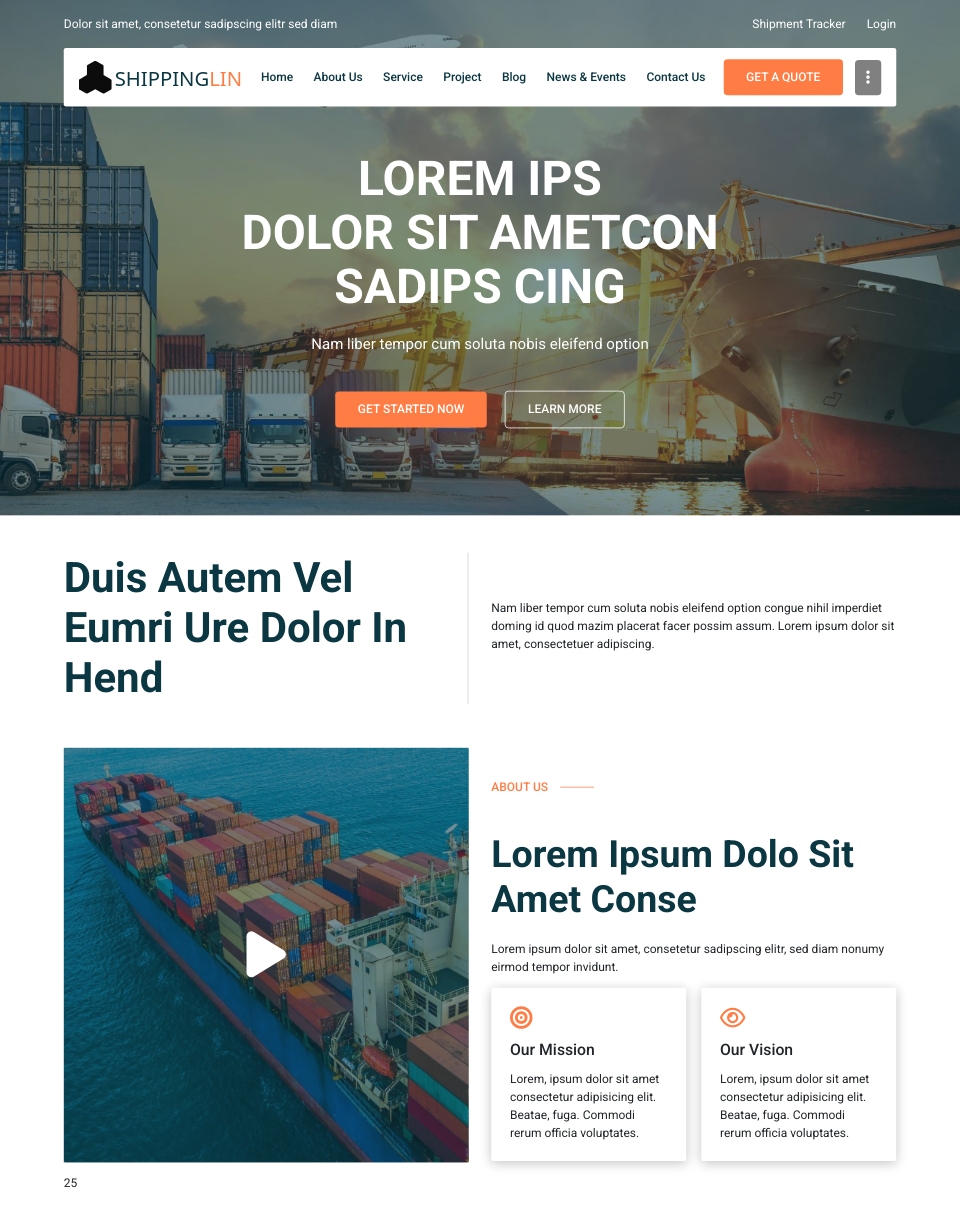
Repository: nazmulalok/shipping-template
Page: index.html
The author's editor kept a copy of each file at every save. The page is drawn from the files as they stood at one save, then again after the next save.
The browser window is 1280 px wide. The pictures show the whole page, at 75% of full size.
Some web libraries are served in a nearby version.

Above is the page before, as saved 2022-10-08 11:21:17.

### index.html
<!DOCTYPE html>
<html lang="en">

    <head>
        <meta charset="UTF-8">
        <meta http-equiv="X-UA-Compatible" content="IE=edge">
        <meta name="viewport" content="width=device-width, initial-scale=1.0">
        <link rel="preconnect" href="https://fonts.googleapis.com">
        <link rel="preconnect" href="https://fonts.gstatic.com" crossorigin>
        <link
            href="https://fonts.googleapis.com/css2?family=Roboto:ital,wght@0,300;0,400;0,500;0,700;0,900;1,300;1,400;1,500;1,700;1,900&display=swap"
            rel="stylesheet">
        <link rel="stylesheet" href="https://cdnjs.cloudflare.com/ajax/libs/font-awesome/6.2.0/css/all.min.css"
            integrity="sha512-xh6O/CkQoPOWDdYTDqeRdPCVd1SpvCA9XXcUnZS2FmJNp1coAFzvtCN9BmamE+4aHK8yyUHUSCcJHgXloTyT2A=="
            crossorigin="anonymous" referrerpolicy="no-referrer" />
        <link rel="stylesheet" href="https://cdn.jsdelivr.net/npm/bootstrap@4.0.0/dist/css/bootstrap.min.css"
            integrity="sha384-Gn5384xqQ1aoWXA+058RXPxPg6fy4IWvTNh0E263XmFcJlSAwiGgFAW/dAiS6JXm" crossorigin="anonymous">
        <link rel="stylesheet" href="style.css">
        <title>Document</title>
    </head>

    <body>
        <header class="header-top">
            <div class="container">
                <div class="top-bar">
                    <p class="m-0">Dolor sit amet, consetetur sadipscing elitr sed diam</p>
                    <div>
                        <span class="mr-4">Shipment Tracker</span>
                        <span>Login</span>
                    </div>
                </div>
                <div class="header-area">
                    <div class="logo">
                        <img src="images/box.svg" alt="Logo Box" class="me-2">
                        <img src="images/shipping-logo.svg" alt="Shipping Logo">
                    </div>
                    <nav>
                        <ul>
                            <li><a href="#">Home</a></li>
                            <li><a href="#">About Us</a></li>
                            <li><a href="#">Service</a></li>
                            <li><a href="#">Project</a></li>
                            <li><a href="#">Blog</a></li>
                            <li><a href="#">News & Events</a></li>
                            <li><a href="#">Contact Us</a></li>
                        </ul>
                    </nav>
                    <div class="nav-btn">
                        <a class="common-btn mr-3" href="#">Get A Quote</a>
                        <i class="fa-solid fa-ellipsis-vertical"></i>
                    </div>
                </div>
            </div>
        </header>
        <!-- Slider -->
        <section>
            <div class="main-slider">
                <div class="container">
                    <div class="slide-content">
                        <div class="slide-text">
                            <div class="slider-title mb-4">Lorem ips<br>
                                dolor sit ametcon<br>
                                sadips cing</div>
                            <p>Nam liber tempor cum soluta nobis eleifend option</p>
                            <div class="sliderBtn mt-5"><a class="common-btn mr-4" href="#">Get Started Now</a><a
                                    class="common-btn outline-btn" href="#">Learn More</a></div>
                        </div>
                    </div>
                </div>
            </div>
        </section>
        <!-- Slider Ends -->
        <div class="common-sec">
            <div class="container">
                <div class="row align-items-center">
                    <div class="col-lg-6">
                        <h1 class="border-heading">Duis Autem Vel Eumri
                            Ure Dolor In Hend</h1>
                    </div>
                    <div class="col-lg-6">
                        <p class="ms-4">Nam liber tempor cum soluta nobis eleifend option congue nihil imperdiet doming
                            id quod mazim
                            placerat facer possim assum. Lorem ipsum dolor sit amet, consectetuer adipiscing.</p>
                    </div>
                </div>
                <div class="row align-items-center mt-5">
                    <div class="col-lg-6">
                        <div class="video-box img-box img-shadow">
                            <img src="images/ship-products.jpg" alt="Ship Products" />
                            <a data-fancybox="" href="" class="video-btn">
                                <i class="fa fa-play"></i>
                            </a>
                        </div>
                        <div class="exp-section">
                            <div class="title">
                                25
                            </div>
                        </div>
                    </div>
                    <div class="col-lg-6">
                        <span class="sp-title">About Us</span>
                        <h2 class="mb-4">Lorem Ipsum Dolo
                            Sit Amet Conse</h2>
                        <p>Lorem ipsum dolor sit amet, consetetur sadipscing elitr, sed diam nonumy eirmod tempor
                            invidunt.</p>
                        <div class="boxes">
                            <div class="common-box">
                                <div class="content">
                                    <i class="fa-solid fa-bullseye"></i>
                                    <div class="box-title">
                                        Our Mission
                                    </div>
                                    <p>Lorem, ipsum dolor sit amet consectetur adipisicing elit. Beatae, fuga. Commodi
                                        rerum
                                        officia voluptates.</p>
                                </div>
                            </div>
                            <div class="common-box">
                                <div class="content">
                                    <i class="fa-regular fa-eye"></i>
                                    <div class="box-title">
                                        Our Vision
                                    </div>
                                    <p>Lorem, ipsum dolor sit amet consectetur adipisicing elit. Beatae, fuga. Commodi
                                        rerum
                                        officia voluptates.</p>
                                </div>
                            </div>
                        </div>
                    </div>
                </div>
            </div>
        </div>














        <script src="https://code.jquery.com/jquery-3.2.1.slim.min.js"
            integrity="sha384-KJ3o2DKtIkvYIK3UENzmM7KCkRr/rE9/Qpg6aAZGJwFDMVNA/GpGFF93hXpG5KkN"
            crossorigin="anonymous"></script>
        <script src="https://cdn.jsdelivr.net/npm/popper.js@1.12.9/dist/umd/popper.min.js"
            integrity="sha384-ApNbgh9B+Y1QKtv3Rn7W3mgPxhU9K/ScQsAP7hUibX39j7fakFPskvXusvfa0b4Q"
            crossorigin="anonymous"></script>
        <script src="https://cdn.jsdelivr.net/npm/bootstrap@4.0.0/dist/js/bootstrap.min.js"
            integrity="sha384-JZR6Spejh4U02d8jOt6vLEHfe/JQGiRRSQQxSfFWpi1MquVdAyjUar5+76PVCmYl"
            crossorigin="anonymous"></script>
    </body>

</html>

### style.css
/* Common CSS Starts*/
*,
*::before,
*::after {
    box-sizing: border-box;
    margin: 0;
    padding: 0;
}

html {
    scroll-behavior: smooth;
}

:root {
    --main-color: #FF7D44;
    --secondary-color: #0B3742;
    --tertiary-color: #FFFFFF;
}

body {
    font-family: 'Roboto', sans-serif;
}

a.white-space {
    white-space: nowrap;
}

/* Common CSS Ends */

/* slider style starts */

.main-slider>* {
    z-index: 10;
}

.main-slider {
    background: url(images/shipping-banner.jpg);
    height: 700px;
    width: 100%;
    background-size: cover;
    background-repeat: no-repeat;
    background-position: center;
    position: relative;
    display: flex;
    align-items: center;
    transition: all 1s;
    margin-top: -155px;
    z-index: 50;
}

.main-slider:before {
    content: '';
    width: 100%;
    height: 100%;
    top: 0;
    left: 0;
    position: absolute;
    background-color: rgb(11 55 66 / 55%);
    z-index: 1;
}

.slide-content {
    text-align: center;
}

.slide-text {
    color: var(--tertiary-color);
    padding-top: 100px;
}

.slider-title {
    font-size: 4rem;
    font-weight: 600;
    line-height: 4.5rem;
    text-transform: uppercase;
}

.slide-text p {
    font-size: 20px;
}

a.common-btn {
    display: inline-block;
    text-decoration: none;
    color: var(--tertiary-color);
    background: var(--main-color);
    padding: 12px 30px;
    border-radius: 5px;
    font-size: 16px;
    font-weight: 500;
    text-transform: uppercase;
    transition: all 1s ease;
}

a.common-btn:hover {
    background: var(--tertiary-color);
    color: var(--secondary-color);
}

a.common-btn.outline-btn {
    background: transparent !important;
    border: 1px solid var(--tertiary-color);
}

a.common-btn.outline-btn:hover {
    background: var(--tertiary-color) !important;
}

/* Header style starts */

.header-top {
    z-index: 100;
    background: transparent;
    position: relative;
}

.top-bar,
.header-area {
    display: flex;
    justify-content: space-between;
    align-items: center;
    color: var(--tertiary-color);
}

.top-bar {
    padding: 20px 0px;
}

.header-area {
    background: var(--tertiary-color);
    padding: 15px 20px;
    border-radius: 3px;
}

nav ul {
    list-style-type: none;
    color: var(--secondary-color);
    display: flex;
    gap: 1.7rem;
    margin: 0;
}

nav ul a {
    color: var(--secondary-color);
    text-decoration: none;
    font-size: 16px;
    font-weight: 500;
    transition: all 0.5s;
}

nav ul a:hover {
    color: var(--main-color);
    transition: all 0.5s;
}

.nav-btn {
    align-items: center;
    display: flex;
}

.nav-btn i {
    color: var(--tertiary-color);
    font-size: 21px;
    background: gray;
    padding: 13px 15px;
    border-radius: 5px;
}

/* Headings Styles */

h1 {
    font-size: 56px;
}

h2 {
    font-size: 50px;
}

h3 {
    font-size: 44px;
}

h4 {
    font-size: 38px;
}

h5 {
    font-size: 32px;
}

h6 {
    font-size: 26px;
}

h1,
h2,
h3,
h4,
h5,
h6 {
    font-weight: 700;
    margin-bottom: 10px;
    color: var(--secondary-color);
}

/* Section Styles */

.py-50,
.common-sec {
    padding-top: 50px;
    padding-bottom: 50px;
}

.common-sec {
    position: relative;
    z-index: 0;
}

.common-sec:nth-child(even):before {
    content: "";
    position: absolute;
    width: 1000%;
    height: 100%;
    top: 50%;
    left: 50%;
    transform: translate(-50%, -50%);
    background-color: #f9f9f9;
    border-bottom: 1px solid #f6f6f6;
    z-index: -1;
}

/* Image box style */

.img-box {
    border-radius: 3px;
    transition: 0.5s;
    margin-bottom: 15px;
    text-align: center;
    position: relative;
}

.img-box img {
    border-radius: 3px;
}

.img-box:last-child {
    margin-bottom: 0;
}

figure.img-box img+figcaption {
    margin-top: 10px;
    text-align: left;
    padding: 10px;
    border-radius: 3px;
    box-shadow: -5px 5px 20px 0 rgb(0 0 0 / 5%);
}

.img-box.img-shadow:before {
    content: '';
    width: 100%;
    height: 100%;
    position: absolute;
    top: 0;
    left: 0;
    background-color: rgb(11 55 66 / 55%);
}

/* Video Box */

.video-box {
    position: relative;
}

.video-box img {
    border-radius: 3px;
    width: 100%;
}

.video-btn {
    position: absolute;
    text-align: center;
    color: var(--tertiary-color);
    font-size: 30px;
    border: none;
    left: 50%;
    top: 50%;
    -webkit-transform: translate(-50%, -50%);
    transform: translate(-50%, -50%);
    display: flex;
    justify-content: center;
    align-items: center;
    text-decoration: none !important;
    box-shadow: none;
    transition: 0.5s;
}

.video-btn .fa-play {
    color: var(--tertiary-color);
    position: relative;
    z-index: 99;
    -webkit-transition: color 0.5s;
    transition: 0.5s;
    text-decoration: none;
    line-height: 80px;
    font-size: 70px;
}

.video-btn:hover {
    color: inherit;
}

.video-btn:hover .fa-play {
    color: var(--main-color);
}

.video-btn:before,
.video-btn:after {
    display: none;
}

/* Common Box Styles */

.common-box {
    box-shadow: rgb(0 0 0 / 24%) 0px 3px 15px;
    height: 100%;
    background-color: #fff;
    border-radius: 3px;
    transition: all 0.5s ease;
}

.common-box>.img-box {
    margin-bottom: 0;
}

.common-box .common-heading:last-child,
.common-box p:last-child,
.common-box ul:last-child,
.common-box ul:last-child li:last-child,
.common-box .img-box:last-child {
    margin-bottom: 0;
}

.common-box>.content {
    padding: 25px;
}

/* Other CSS Starts */

.border-heading {
    border-right: 2px solid #E8E8E8;
}

.sp-title {
    display: flex;
    text-transform: uppercase;
    color: var(--main-color);
    font-weight: 500;
    align-items: center;
    margin-bottom: 3rem;
}

.sp-title:after {
    content: '';
    width: 20px;
    height: 1px;
    background: var(--main-color);
    flex: 0.1;
    margin-left: 1rem;
}

.boxes {
    display: grid;
    grid-template-columns: 1fr 1fr;
    grid-gap: 20px;
}

.common-box i {
    color: var(--main-color);
    font-size: 30px;
}

.common-box .box-title {
    font-size: 21px;
    font-weight: 500;
    margin: 10px 0px;
}

.common-box:hover {
    background-color: var(--main-color);
    color: var(--tertiary-color);
    transition: all 0.5s ease;
}

.common-box:hover i {
    color: var(--tertiary-color);
    transition: all 1s ease;
}

After the next save:
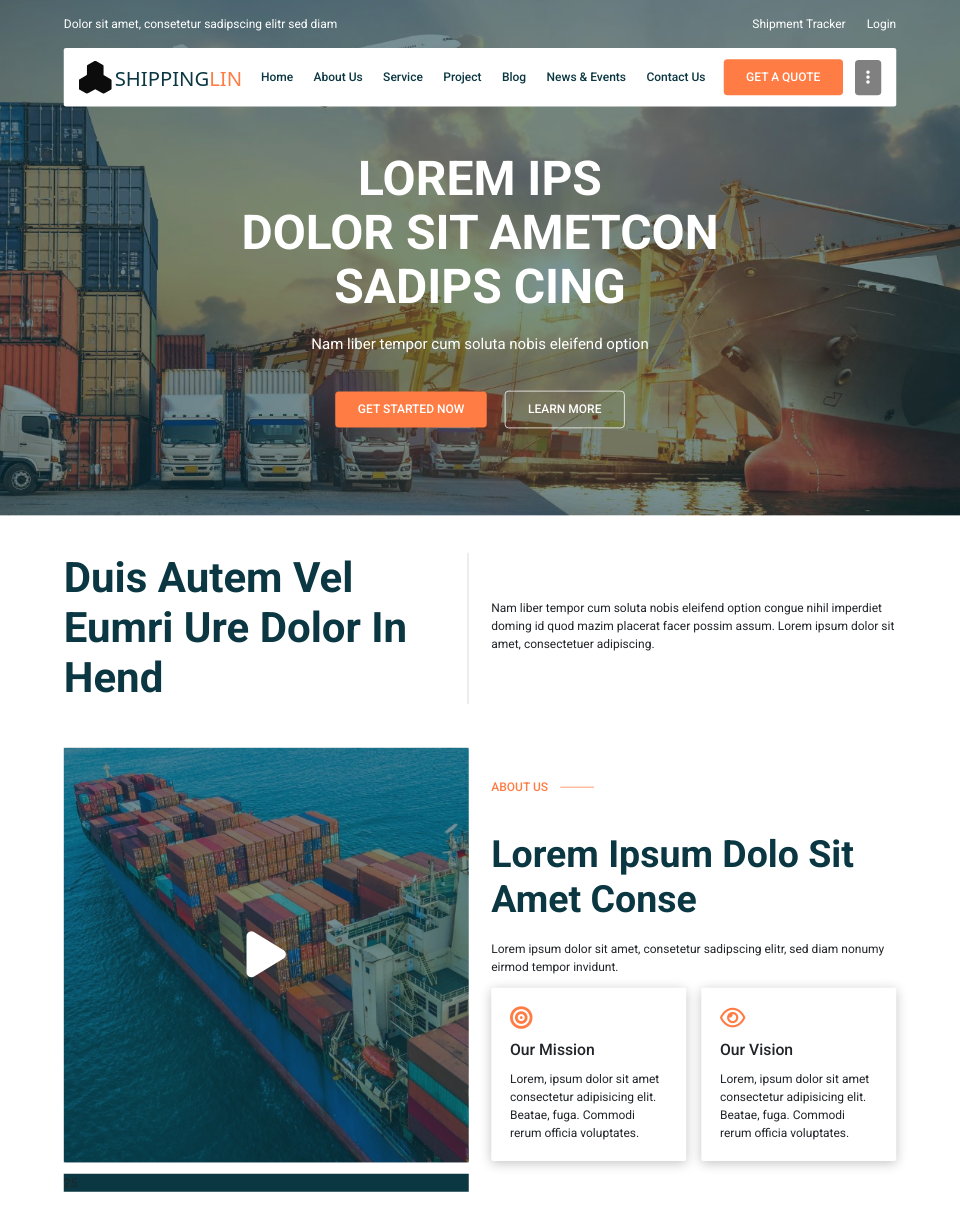
Saved 14 min 2 s later.
--- a/style.css
+++ b/style.css
@@ -395,3 +395,7 @@ figure.img-box img+figcaption {
     color: var(--tertiary-color);
     transition: all 1s ease;
 }
+
+.exp-section {
+    background: var(--secondary-color);
+}
